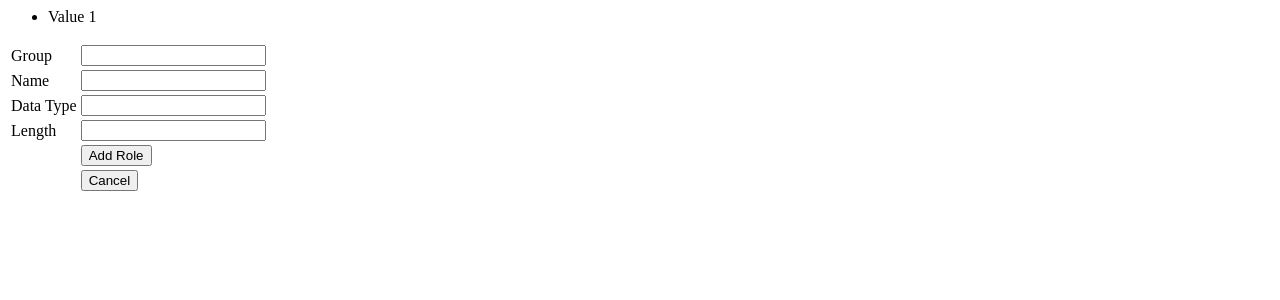
Repository: joliest/MyGits
Page: http://localhost/MiniTracker/Attribute.jsp
An editor plug-in stored every save of this project. The page is shown before and after the next save, followed by the edit.
The browser window is 1280 px wide. The pictures show the whole page.
The page is served by Tomcat 9. Other server files are loaded and not shown.

Above is the page before, as saved 2017-10-08 07:53:03.

### Java/Project_JIRA/MiniTracker/WebContent/Attribute.jsp
<%@ page language="java" contentType="text/html; charset=ISO-8859-1"
    pageEncoding="ISO-8859-1"%>
<html>
	<head>
		<title>Attribute Page</title>
	</head>
	<body>
		<div id="RoleListBox">
			<ul id="RoleList">
				<li>Value 1</li>
			</ul>
		</div>

		<div id="RoleTextFieldsBox">
			<table>
				<tr>
					<td>Group</td>
					<td><input type="text" name="group"></td>
				</tr>
				<tr>
					<td>Name</td>
					<td><input type="text" name="name"></td>
				</tr>
				<tr>
					<td>Data Type</td>
					<td><input type="text" name="dataType"></td>
				</tr>
				<tr>
					<td>Length</td>
					<td><input type="text" name="length"></td>
				</tr>
				<tr>
					<td></td>
					<td><input type="button" value="Add Role"></td>
				</tr>
				<tr>
					<td></td>
					<td><input type="button" value="Cancel"></td>
				</tr>
			</table>
		</div>
	</body>
</html>

After the next save:
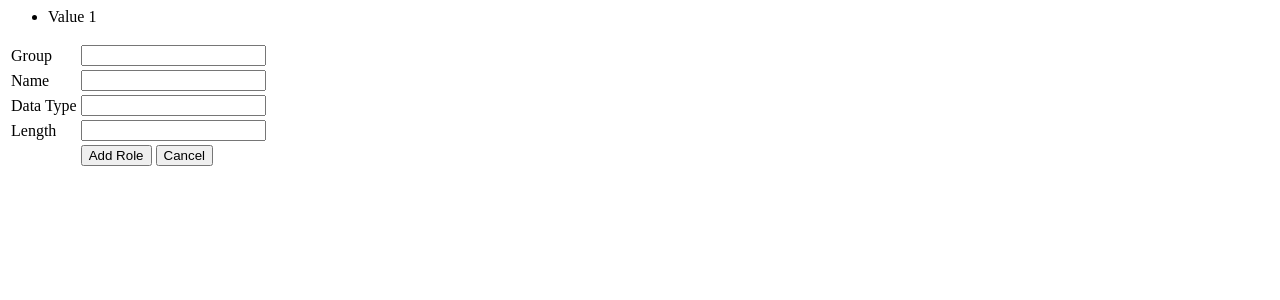
Saved 21 s later.
--- a/Java/Project_JIRA/MiniTracker/WebContent/Attribute.jsp
+++ b/Java/Project_JIRA/MiniTracker/WebContent/Attribute.jsp
@@ -31,11 +31,9 @@
 				</tr>
 				<tr>
 					<td></td>
-					<td><input type="button" value="Add Role"></td>
-				</tr>
-				<tr>
-					<td></td>
-					<td><input type="button" value="Cancel"></td>
+					<td><input type="button" value="Add Role">
+						<input type="button" value="Cancel">
+					</td>
 				</tr>
 			</table>
 		</div>
